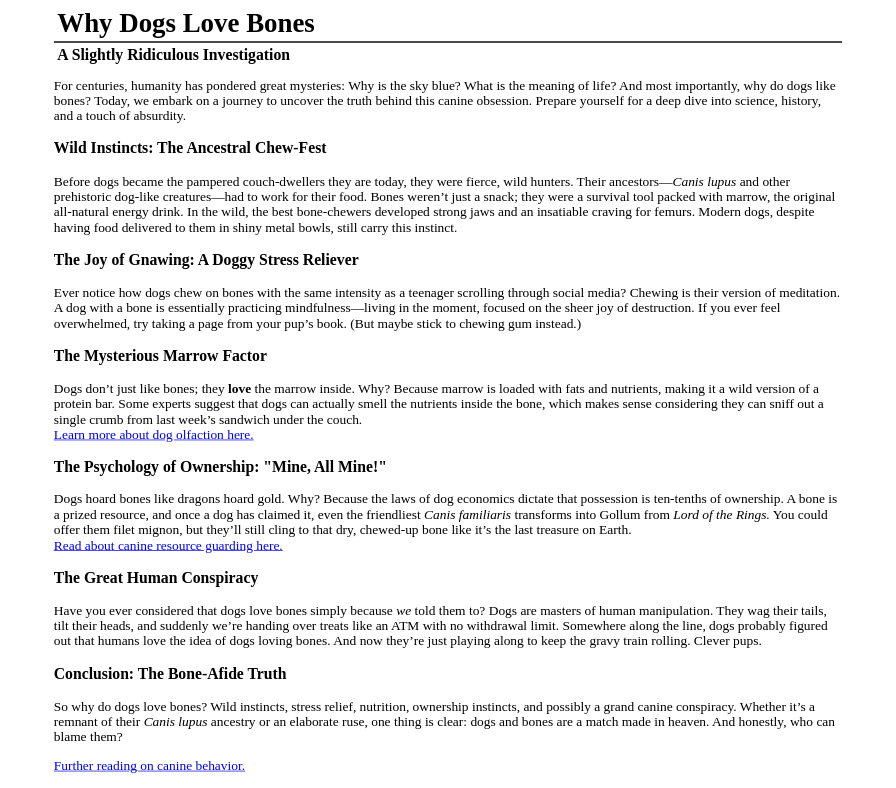
Repository: Leith-vdl/apprentice-challenge-1
Page: index.html
The author's editor kept a copy of each file at every save. The page is drawn from the files as they stood at one save, then again after the next save.
The browser window is 1280 px wide. The pictures show the part of the page from y = 0 to 1920 px (the page is 1125 px tall before and 2995 px after), at 70% of full size.

Above is the page before, as saved 2025-01-31 15:17:37.

### index.html
<!DOCTYPE html>
<html lang="en">
<head>
    <meta charset="UTF-8">
    <meta name="viewport" content="width=device-width, initial-scale=1.0">
    <title>Why Dogs Love Bones</title>
    <link rel="stylesheet" href="styles/styles.css">
</head>
<body>
    <header class="page-header">
        <h1 class="page-header-title">
            Why Dogs Love Bones
        </h1>
    </header>
    <main>
        <section>
            <h3 class="section-title">A Slightly Ridiculous Investigation</h3>
            <p>
                For centuries, humanity has pondered great mysteries: Why is the sky blue? What is the
                meaning of life? And most importantly, why do dogs like bones? Today, we embark on a
                journey to uncover the truth behind this canine obsession. Prepare yourself for a deep dive into
                science, history, and a touch of absurdity.
            </p>
        </section>
        <section>
            <h3>Wild Instincts: The Ancestral Chew-Fest</h3>
            <p>
                Before dogs became the pampered couch-dwellers they are today, they were fierce, wild
                hunters. Their ancestors—<i>Canis lupus</i> and other prehistoric dog-like creatures—had to work for
                their food. Bones weren’t just a snack; they were a survival tool packed with marrow, the
                original all-natural energy drink. In the wild, the best bone-chewers developed strong jaws
                and an insatiable craving for femurs. Modern dogs, despite having food delivered to them in
                shiny metal bowls, still carry this instinct.
            </p>
        </section>
        <section>
            <h3>The Joy of Gnawing: A Doggy Stress Reliever</h3>
            <p>
                Ever notice how dogs chew on bones with the same intensity as a teenager scrolling through
                social media? Chewing is their version of meditation. A dog with a bone is essentially practicing
                mindfulness—living in the moment, focused on the sheer joy of destruction. If you ever feel
                overwhelmed, try taking a page from your pup’s book. (But maybe stick to chewing gum
                instead.)
            </p>
        </section>
        <section>
            <h3>The Mysterious Marrow Factor</h3>
            <p>
                Dogs don’t just like bones; they <b>love</b> the marrow inside. Why? Because marrow is loaded with
                fats and nutrients, making it a wild version of a protein bar. Some experts suggest that dogs
                can actually smell the nutrients inside the bone, which makes sense considering they can sniff
                out a single crumb from last week’s sandwich under the couch.<br>
                <a href="https://vcahospitals.com/know-your-pet/how-dogs-use-smell-to-perceive-the-world" target="_blank">Learn more about dog olfaction here.</a>
            </p>
        </section>
        <section>
            <h3>The Psychology of Ownership: "Mine, All Mine!"</h3>
            <p>
                Dogs hoard bones like dragons hoard gold. Why? Because the laws of dog economics dictate
                that possession is ten-tenths of ownership. A bone is a prized resource, and once a dog has
                claimed it, even the friendliest <i>Canis familiaris</i> transforms into Gollum from <i>Lord of the Rings.</i>
                You could offer them filet mignon, but they’ll still cling to that dry, chewed-up bone like it’s the
                last treasure on Earth.<br>
                <a href="https://www.battersea.org.uk/pet-advice/dog-advice/dealing-resource-guarding?gad_source=1&gclid=Cj0KCQiAhvK8BhDfARIsABsPy4h3CRlVVPVANZfAc-HngzDTwKg5KUgeNuAmZD8EIJDuwS7ktlBpRYQaAjNyEALw_wcB" target="_blank">Read about canine resource guarding here.</a>
            </p>
        </section>
        <section>
            <h3>The Great Human Conspiracy</h3>
            <p>
                Have you ever considered that dogs love bones simply because <i>we</i> told them to? Dogs are
                masters of human manipulation. They wag their tails, tilt their heads, and suddenly we’re
                handing over treats like an ATM with no withdrawal limit. Somewhere along the line, dogs
                probably figured out that humans love the idea of dogs loving bones. And now they’re just
                playing along to keep the gravy train rolling. Clever pups.
            </p>
        </section>
        <section>
            <h3>Conclusion: The Bone-Afide Truth</h3>
            <p>
                So why do dogs love bones? Wild instincts, stress relief, nutrition, ownership instincts, and
                possibly a grand canine conspiracy. Whether it’s a remnant of their <i>Canis lupus</i> ancestry or an
                elaborate ruse, one thing is clear: dogs and bones are a match made in heaven. And honestly,
                who can blame them?
            </p>
        </section>
    </main>
    <footer>
        <p>
            <a href="https://en.wikipedia.org/wiki/Dog_behavior" target="_blank">Further reading on canine behavior.</a>
        </p>
    </footer>
</body>
</html>

### styles/styles.css
body {
    margin: 0.5em 4em;
    font-size: 1.2em;
}

.page-header {
    border-bottom: 2px solid black;
}

h1.page-header-title, h3.section-title {
    margin: 5px;
}

After the next save:
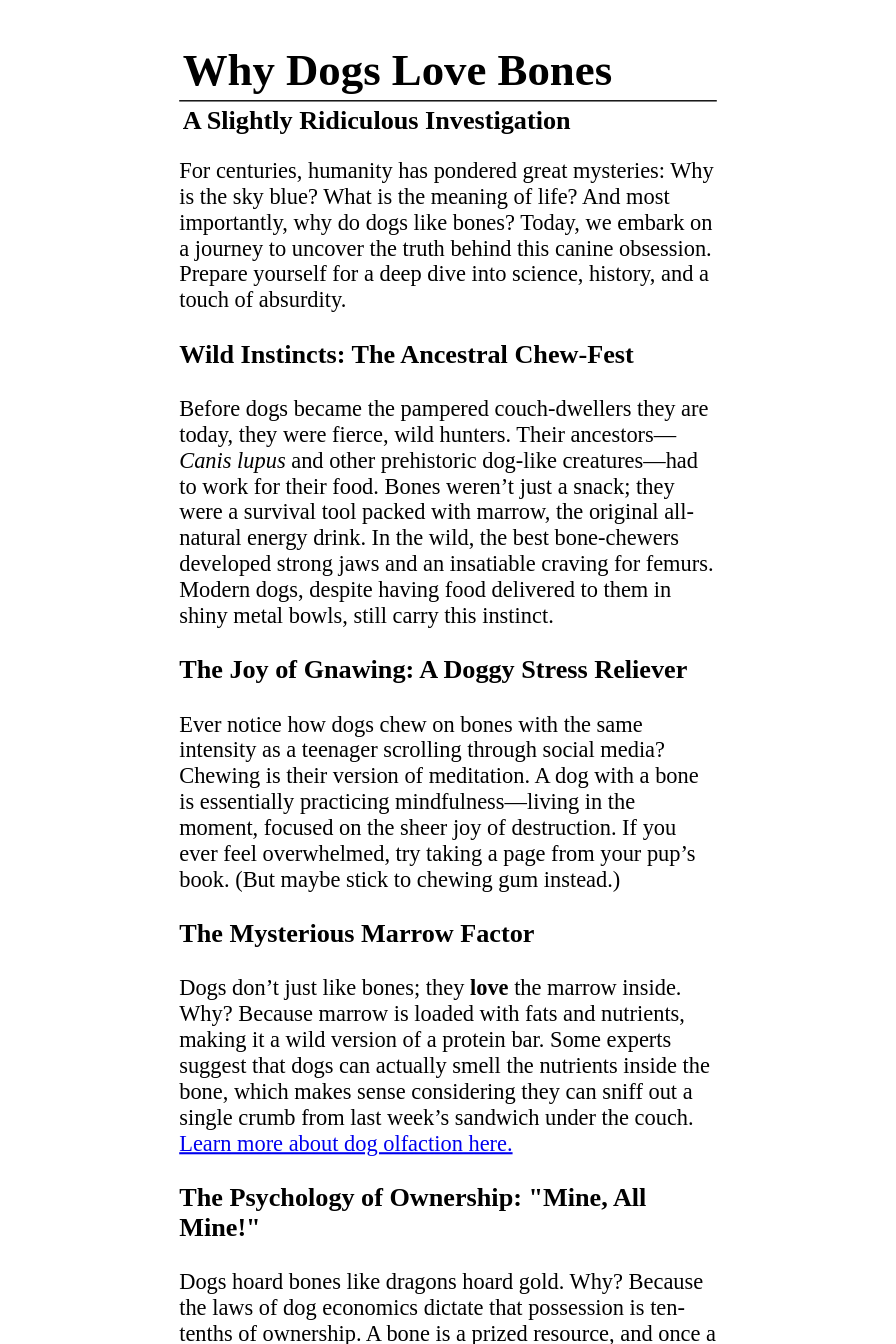
Saved 25 s later.
--- a/styles/styles.css
+++ b/styles/styles.css
@@ -1,6 +1,6 @@
 body {
-    margin: 0.5em 4em;
-    font-size: 1.2em;
+    margin: 2em 8em;
+    font-size: 2em;
 }
 
 .page-header {
